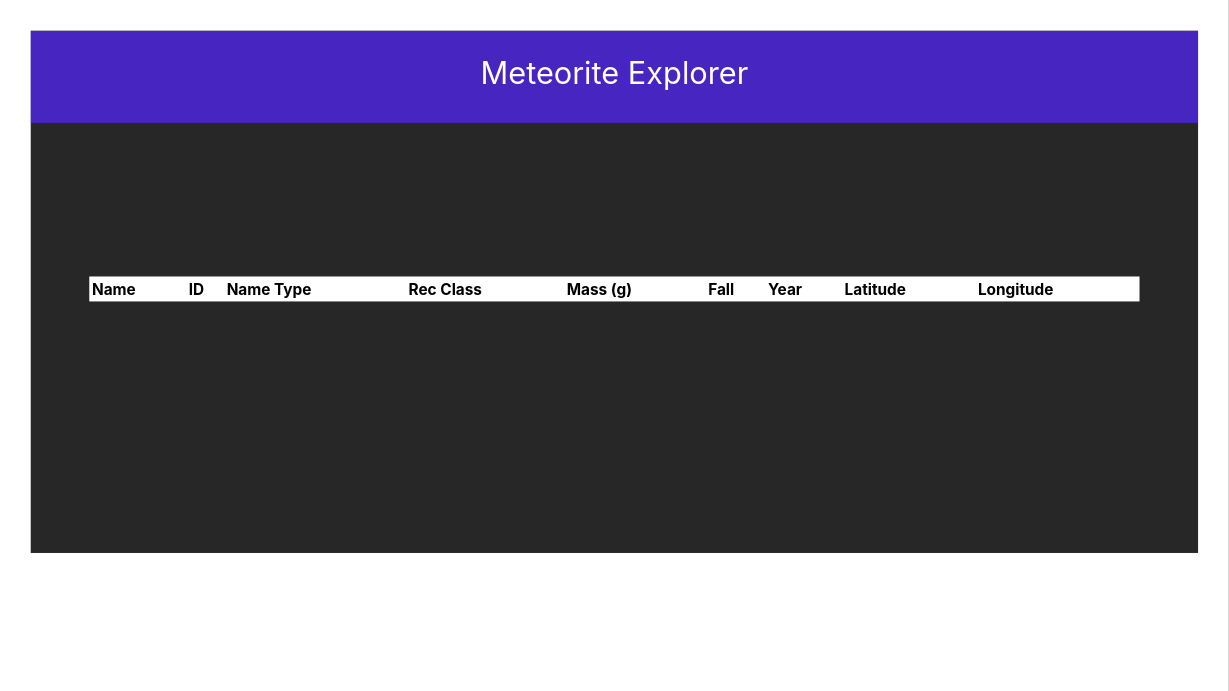
Repository: Tsardines/meteorite-explorer
Page: / (app in meteorite-explorer/)
These files come from the project's save history. The page is drawn as it stood at one moment and after the next save; the edit follows.
The browser window is 1280 px wide. The pictures show the whole page, at 96% of full size.
The page's requests for data from a server got no answer. The project was rebuilt for these pictures with package versions that can differ from the ones it lists, and the page was loaded fresh each time. No one was signed in, and anything a server would have sent is missing.

Above is the page before, as saved 2019-05-27 16:57:56.

### meteorite-explorer/src/App.js
import React, { Component } from 'react';
import './App.css';

// import { BootstrapTable, TableHeaderColumn } from 'react-bootstrap-table';
// import 'react-bootstrap-table-next/dist/react-bootstrap-table2.min.css';

// import Table from 'react-bootstrap/Table';

class App extends Component {
  constructor(props) {
    super(props);

  this.state = {
    items: []
  };
  this.componentWillMount = this.componentWillMount.bind(this);
}

componentWillMount() {
  fetch('https://data.nasa.gov/resource/gh4g-9sfh.json')
  .then(res => res.json())
  .then(data => {
    this.setState({ items: data });
  });
}


  render() {

    const { items } = this.state;

    return (


      <div className="wrapper">
        <div className="header">Meteorite Explorer</div>
        <table className="my-table">
          <thead>
            <th>Name</th>
            <th>ID</th>
            <th>Name Type</th>
            <th>Rec Class</th>
            <th>Mass (g)</th>
            <th>Fall</th>
            <th>Year</th>
            <th>Latitude</th>
            <th>Longitude</th>
          </thead>

          <tbody>
          { items.map((item, num) => {
            return (
              <tr>
                <td><p key={num}>{item.name}</p></td>
                <td><p key={num}>{item.id}</p></td>
                <td><p key={num}>{item.nametype}</p></td>
                <td><p key={num}>{item.recclass}</p></td>
                <td><p key={num}>{item.mass}</p></td>
                <td><p key={num}>{item.fall}</p></td>
                <td><p key={num}>{item.year}</p></td>
                <td><p key={num}>{item.reclat}</p></td>
                <td><p key={num}>{item.reclong}</p></td>
              </tr>
            )
          })}
          </tbody>
        </table>
      </div>
    )
  } // render

}

export default App;

### meteorite-explorer/src/App.css
body {
  margin: 2rem;
}

.header {
  background-color: rgb(71, 37, 192);
  color: white;
  font-size: 2rem;
  height: 3rem;
  padding: 1.5rem 0;
  text-align: center;
}

.wrapper {
  background-color: rgb(39, 39, 39);
  height: 34rem;
  overflow-y: scroll;
}

.my-table {
  background-color: white;
  margin: 10rem auto;
  width: 90%;
}

tr:nth-child(odd):hover {
  background-color: rgb(143, 143, 143);
}

thead > th {
  text-align: left;
}

Loaded but not shown: meteorite-explorer/public/index.html (common file); meteorite-explorer/src/index.js (common file); meteorite-explorer/src/index.css (common file); meteorite-explorer/src/serviceWorker.js (common file)

After the next save:
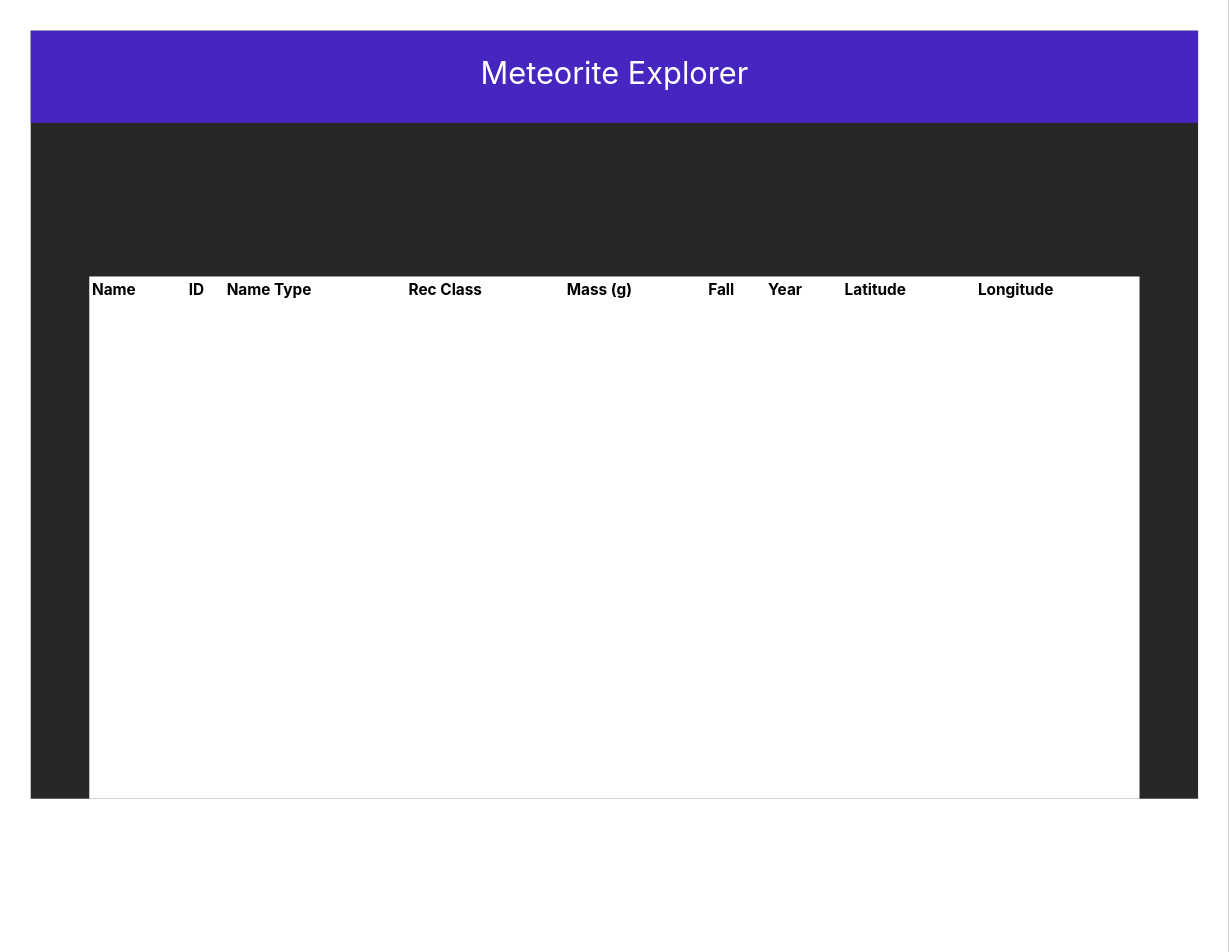
Saved 16 s later.
--- a/meteorite-explorer/src/App.css
+++ b/meteorite-explorer/src/App.css
@@ -13,11 +13,11 @@ body {
 
 .wrapper {
   background-color: rgb(39, 39, 39);
-  height: 34rem;
-  overflow-y: scroll;
 }
 
 .my-table {
+  height: 34rem;
+  overflow-y: scroll;
   background-color: white;
   margin: 10rem auto;
   width: 90%;
